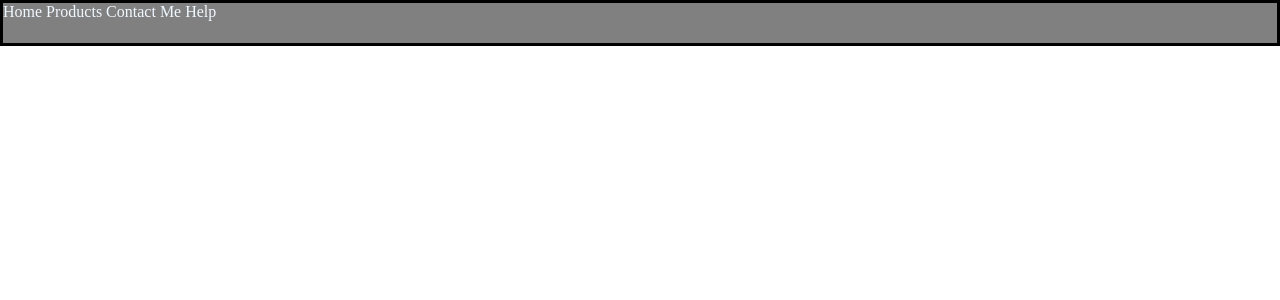
Repository: nihalani20/CSS-by-KG
Page: Practice set/Set-6/index.html
These files come from the project's save history. The page is drawn as it stood at one moment and after the next save; the edit follows.
The browser window is 1280 px wide. The pictures show the whole page.

Above is the page before, as saved 2023-11-27 15:52:22.

### Practice set/Set-6/index.html
<!DOCTYPE html>
<html lang="en">
<head>
    <meta charset="UTF-8">
    <meta name="viewport" content="width=device-width, initial-scale=1.0">
    <title>Practice level-6</title>
    <link rel="stylesheet" href="styles.css">
</head>
<body>
    <header >
        <nav id="container">
            <a  class = "item"href ="#">Home</a>
            <a class = "item" href="#">Products</a>
            <a class = "item" href="#">Contact Me</a>
            <a  class = "item"href="#">Help</a>
        </nav>
    </header>

    <div id="image">
    </div>
</body>
</html>

### Practice set/Set-6/styles.css
*{
margin: 0;
   padding: 0;
}
nav a
{
   text-decoration: none;
   color:aliceblue;




}

#container{
   background-color:grey;
   height: 40px;
   border:solid
}

.item
{



}

#image{
   background-image:url(images/ai-generated-8188166_1280.png)
}

After the next save:
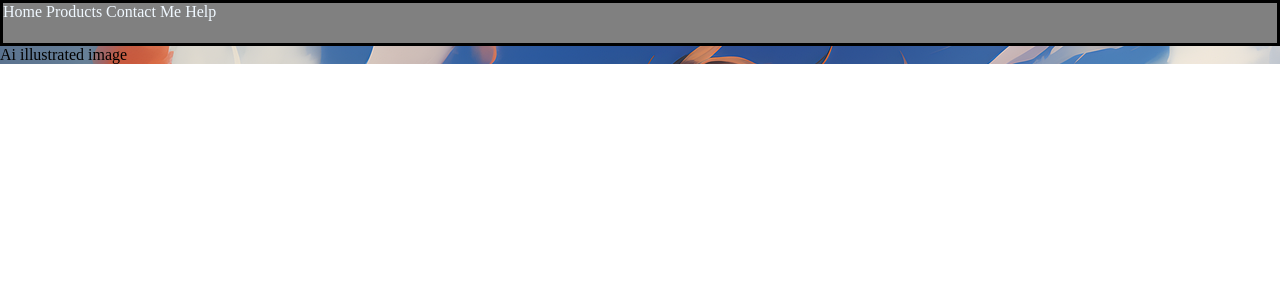
Saved 8 s later.
--- a/Practice set/Set-6/index.html
+++ b/Practice set/Set-6/index.html
@@ -16,7 +16,7 @@
         </nav>
     </header>
 
-    <div id="image">
+    <div id="image">Ai illustrated image
     </div>
 </body>
 </html>
